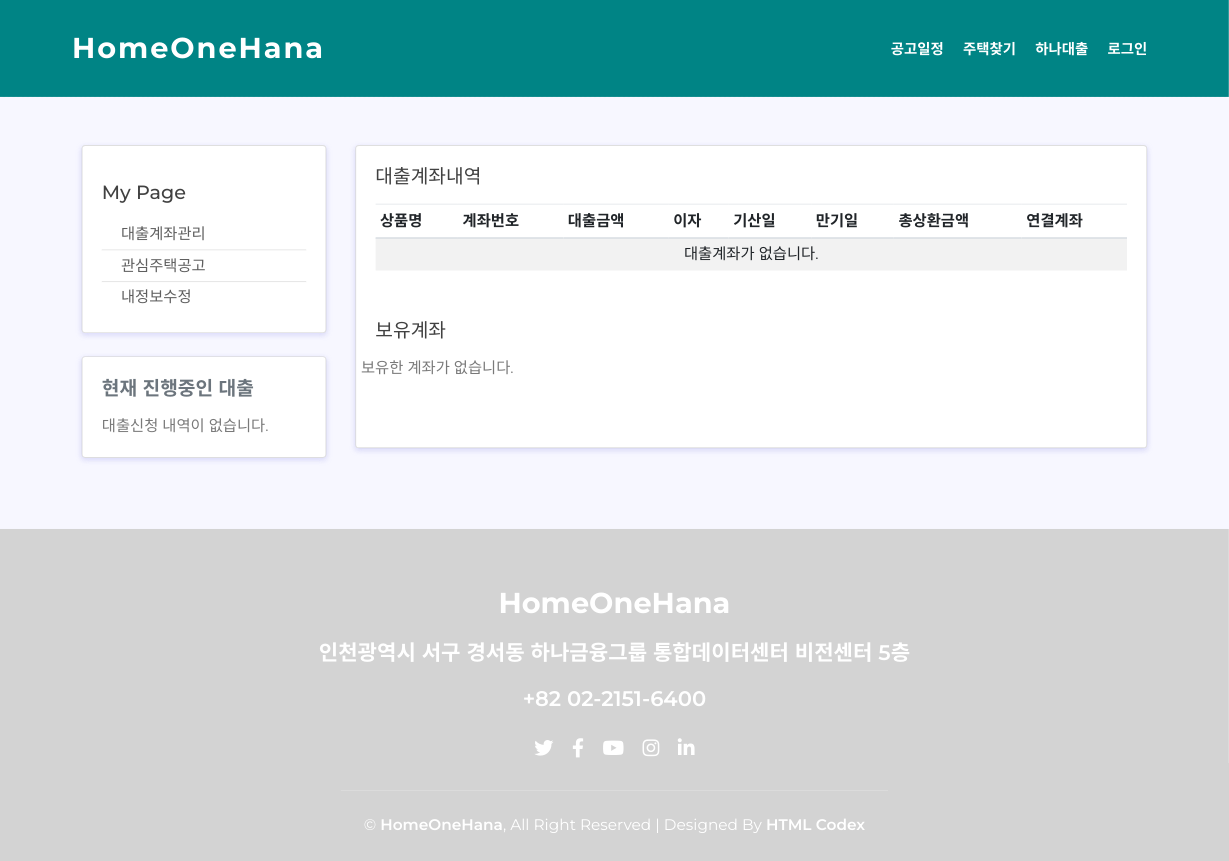
Repository: koposoftware/2021_10_syyoon
Page: http://localhost/HomeOneHana/WEB-INF/jsp/mypage/mypage.jsp
These files come from the project's save history. The page is drawn as it stood at one moment and after the next save; the edit follows.
The browser window is 1280 px wide. The pictures show the whole page, at 96% of full size.
Some icons come from a web library that is not loaded, so they are not drawn. Some web libraries are served in a nearby version. The page is served by Tomcat 9. Nobody is signed in. Other server files are loaded and not shown. The template is opened directly, without the code that normally fills it, so the values that code supplies are empty.

Above is the page before, as saved 2021-09-15 11:50:58.

### project/Spring-mvc/HomeOneHana/src/main/webapp/WEB-INF/jsp/mypage/mypage.jsp
<%@ page language="java" contentType="text/html; charset=UTF-8"
    pageEncoding="UTF-8"%>
<%@ taglib prefix="c" uri="http://java.sun.com/jsp/jstl/core" %>
<%@ taglib prefix="fmt" uri="http://java.sun.com/jsp/jstl/fmt" %>
<%@ taglib prefix="fn" uri="http://java.sun.com/jsp/jstl/functions" %>
<!DOCTYPE html>
<html>
<head>
<meta charset="UTF-8">
<title>HomeOneHana::마이페이지</title>
<link href="${ pageContext.request.contextPath }/resources/css/top/menubg.css" rel="stylesheet">
<link href="${ pageContext.request.contextPath }/resources/css/mypage/mypage.css" rel="stylesheet">
<script src="https://code.jquery.com/jquery-3.6.0.js"></script>
<script src="${ pageContext.request.contextPath }/resources/js/mypage/mypage.js"></script>

</head>
<body>
	<header>
		<div class="limiter">
			<div class="container-login100">
				<div class="wrap-login100">
					<jsp:include page="../include/topMenu.jsp" />
				</div>
			</div>
		</div>

	</header>
	<section>
		<div class="body">
		<div class="container">
			<div class="row">
			    <div class="col-12 col-lg-3">
					<div class="card">
						<div class="card-body">

							<h5 class="my-3">My Page</h5>
							<div class="fm-menu">
								<div class="list-group list-group-flush">
									<a id="Menu1" href="javascript:;" class="list-group-item py-1"><i class="bx bx-devices me-2"></i><span>대출계좌관리</span></a>
									<a id="Menu2" href="javascript:;" class="list-group-item py-1"><i class="bx bx-folder me-2"></i><span>관심주택공고</span></a>
									<a href="javascript:;" class="list-group-item py-1"><i class="bx bx-plug me-2"></i><span>내정보수정</span></a>

								</div>
							</div>
						</div>
					</div>
					<div class="card">
						<div class="card-body">
							<h5 class="mb-0 text-primary font-weight-bold"><span class="float-end text-secondary">현재 진행중인 대출</span></h5>

							<div class="mt-3"></div>
							<c:if test="${not empty contractList }">
								<c:forEach items="${contractList }" var="contract" varStatus="loop">

									<div class="d-flex align-items-center loanbox">
										<div


											<c:if test="${contract.status eq '심사중' }">class="fm-file-box bg-light-primary text-primary loan-reviewBox"</c:if>
											<c:if test="${contract.status eq '대출완료' }">class="fm-file-box bg-light-primary text-primary loan-finishBox"</c:if>
											<c:if test="${contract.status eq '대출승인' }"> class="fm-file-box bg-light-primary text-primary loan-acceptBox"</c:if>
											<c:if test="${contract.status eq '대출거절' }"> class="fm-file-box bg-light-primary text-primary loan-rejectBox"</c:if>
											>
											<p class="loanstatus">${ contract.status}</p>
										</div>
										<div class="flex-grow-1 ms-2">
											<h6 class="mb-0 loanname"><a
												<c:if test="${contract.status eq '대출승인' }">
													href="${ pageContext.request.contextPath }/loan/contract?contractcode=${contract.contractcode}"
												</c:if>
												<c:if test="${contract.status ne '대출승인' }">
													href="#"
												</c:if>


												>

												${ contract.loanname}</a></h6>
											<p class="mb-0 text-secondary loandate">${contract.stratdt }</p>
										</div>

									</div>

								</c:forEach>

							</c:if>

							<c:if test="${ empty contractList }">
							<div class="d-flex align-items-center mt-3">
								대출신청 내역이 없습니다.
							</div>
							</c:if>

						</div>
					</div>
				</div>


				<div class="col-12 col-lg-9">
					<div class="card" >


					<div class="card-body" id="menu1">
							<div class="d-flex align-items-center">
								<div>
									<h5 class="mb-0">대출계좌내역</h5>
								</div>

							</div>
							<div class="table-responsive mt-3" style="margin-bottom:50px;">
								<table class="table table-striped table-hover table-sm mb-0">
									<thead>
										<tr>
											<th>상품명</th>
											<th>계좌번호</th>
											<th>대출금액</th>
											<th>이자</th>
											<th>기산일</th>
											<th>만기일</th>
											<th>총상환금액</th>
											<th>연결계좌</th>
										</tr>
									</thead>
									<tbody>
									<c:if test="${not empty loanaccountList }">
										<c:forEach items="${loanaccountList }" var="loanacc" varStatus="loop">
										<tr>
											<td>${loanacc.loanname }</td>
											<td>${ fn:substring(loanacc.loanaccount,0,3) }-${ fn:substring(loanacc.loanaccount,3,9) }-${ fn:substring(loanacc.loanaccount,9,13) }</td>
											<td><fmt:formatNumber value="${loanacc.principal }" type="currency"/></td>
											<td>${loanacc.finalrate }%</td>
											<td>${loanacc.accountdt }</td>
											<td>${loanacc.duedate }</td>
											<td>${loanacc.repayamount }</td>
											<td>${ fn:substring(loanacc.account,0,3) }-${ fn:substring(loanacc.account,3,9) }-${ fn:substring(loanacc.account,9,13) }</td>
										</tr>
										</c:forEach>

									</c:if>
									<c:if test="${empty loanaccountList }">
										<tr>
											<td style="text-align:center;" colspan="8">대출계좌가 없습니다.</td>
										</tr>
									</c:if>
									</tbody>
								</table>
							</div>

							<div class="d-flex align-items-center">
								<div>
									<h5 class="mb-0">보유계좌</h5>
								</div>

							</div>
							<div class="row mt-3" style="margin-bottom:50px;">
								<c:if test="${ not empty accountList }">
									<c:forEach items="${ accountList }" var="acc" varStatus="loop">
											<div class="col-12 col-lg-4">
												<div class="card shadow-none border radius-15">
												<div class="card-body">
													<div class="d-flex align-items-center">
														<div ><span class="subti" >${acc.name}</span>
														</div>
														<div class="ms-auto"><i class="fas fa-money-check-alt"></i>
														</div>
													</div>
													<h5 class="mt-3 mb-0"><fmt:formatNumber value="${acc.balance }" type="currency"/></h5>
													<p class="mb-1 mt-4" style="font-size:12px;">
														<span class="float-end">${fn:substring(acc.account,0,3)}-${fn:substring(acc.account,3,9)}-${fn:substring(acc.account,9,13)}</span>
														<span>(${acc.alias})</span>
													</p>
													</div>
												</div>
											</div>
									</c:forEach>
								</c:if>
								<c:if test="${ empty accountList }">
									<div >
										보유한 계좌가 없습니다.
									</div>
								</c:if>
							</div>


						</div>


						<div class="card-body" id="menu2">

							<h5>관심주택</h5>
							<div class="row mt-3" style="margin-bottom:50px;">
								<c:if test="${not empty favoriteHome }">
									<c:forEach items="${ favoriteHome }" var="home" varStatus="loop">
										<div class="col-12 col-lg-4">
											<div class="card shadow-none border radius-15">
											<div class="card-body">
												<div class="d-flex align-items-center">
													<div ><span class="subti"><i class="fas fa-home"></i> ${home.enrolldt}</span>
													</div>
													<div class="ms-auto font-20"><i class="fas fa-star" style="color:#ffd400;"></i>
													</div>
												</div>
												<h5 class="mt-3 mb-0">

													<a

														<c:if test="${contract.status eq '대출승인' }">href="${pageContext.request.contextPath }/search/Detail/${ home.rnadres }"</c:if>
														<c:if test="${contract.status ne '대출승인' }">href="#"</c:if>

														>${home.rnadres}</a>

												</h5>
												<p class="mb-1 mt-4" style="font-size:12px;"><span>${home.insttnm}</span>-<span class="float-end">${home.suplytynm}</span>
												</p>
												</div>
											</div>
										</div>

									</c:forEach>
								</c:if>


								<c:if test="${ empty favoriteHome }">
									<div>
										즐겨찾기한 주택이 없습니다.
									</div>
								</c:if>
							</div>

							<!--end row-->
							<div class="d-flex align-items-center">
								<div>
									<h5 class="mb-0">관심공고</h5>
								</div>

							</div>
							<div class="table-responsive mt-3" style="margin-bottom:50px;">
								<table class="table table-striped table-hover table-sm mb-0">
									<thead>
										<tr>
											<th>공고명 <i class="bx bx-up-arrow-alt ms-2"></i>
											</th>
											<th>마감일</th>
											<th>즐겨찾기등록일</th>
											<th></th>
										</tr>
									</thead>
									<tbody>
									<c:if test="${not empty favoriteNotice }">
										<c:forEach items="${favoriteNotice }" var="noti" varStatus="loop">
										<tr>
											<td>
												<div class="d-flex align-items-center">
													<div><i class="bx bxs-file-pdf me-2 font-24 text-danger"></i>
													</div>
													<div class="font-weight-bold">
														${noti.noticetitle }
													</div>
												</div>
											</td>
											<td>${noti.noticeend }</td>
											<td>${noti.enrolldt }</td>
											<td><i class="fas fa-heart font-22" style="color:#e90061"></i>
											</td>
										</tr>
										</c:forEach>

									</c:if>
									<c:if test="${empty favoriteNotice }">
										<tr>
											<td colspan="4">관심공고가 없습니다.</td>
										</tr>
									</c:if>
									</tbody>
								</table>
							</div>
						</div>
						</div>

					</div>
				</div>

			</div>
			</div>
			</div>
	</section>
	<script>
		$('#menu1').show()
		$('#menu2').hide()
	</script>
	<footer>
		<jsp:include page="../include/bottomMenu.jsp" />
	</footer>
</body>
</html>

### project/Spring-mvc/HomeOneHana/src/main/webapp/WEB-INF/jsp/include/topMenu.jsp
<%@ page language="java" contentType="text/html; charset=UTF-8"
    pageEncoding="UTF-8"%>
<%@ taglib prefix="c" uri="http://java.sun.com/jsp/jstl/core" %>

        <meta content="width=device-width, initial-scale=1.0" name="viewport">
        <meta content="Free Website Template" name="keywords">
        <meta content="Free Website Template" name="description">


		<!-- font-awesome icon  -->
		<link href="//maxcdn.bootstrapcdn.com/font-awesome/4.1.0/css/font-awesome.min.css" rel="stylesheet" />

        <!-- Favicon -->
        <!-- <link href="/Practice-Web/Front/img/favicon.ico" rel="icon"> -->

        <!-- Google Font -->
        <link href="https://fonts.googleapis.com/css2?family=Montserrat:wght@300;400;500;600;700&display=swap" rel="stylesheet">
		<link href="https://fonts.googleapis.com/css2?family=Noto+Sans+KR:wght@100&display=swap" rel="stylesheet">

        <!-- CSS Libraries -->
        <link href="https://stackpath.bootstrapcdn.com/bootstrap/4.4.1/css/bootstrap.min.css" rel="stylesheet">
        <link href="https://cdnjs.cloudflare.com/ajax/libs/font-awesome/5.10.0/css/all.min.css" rel="stylesheet">

        <link href="${ pageContext.request.contextPath }/resources/lib/animate/animate.min.css" rel="stylesheet">
        <link href="${ pageContext.request.contextPath }/resources/lib/owlcarousel/assets/owl.carousel.min.css" rel="stylesheet">
        <link href="${ pageContext.request.contextPath }/resources/lib/lightbox/css/lightbox.min.css" rel="stylesheet">



        <!-- Template Stylesheet -->
        <link href="${ pageContext.request.contextPath }/resources/css/style.css" rel="stylesheet">

<!-- Nav Bar Start -->
<div class="navbar navbar-expand-lg bg-light navbar-light">
    <div class="container-fluid">
        <a href="${ pageContext.request.contextPath }/" class="navbar-brand">HomeOneHana</a>
        <button type="button" class="navbar-toggler" data-toggle="collapse" data-target="#navbarCollapse">
            <span class="navbar-toggler-icon"></span>
        </button>

        <div class="collapse navbar-collapse justify-content-between" id="navbarCollapse">
            <div class="navbar-nav ml-auto">
                <a href="${ pageContext.request.contextPath }/schedule" class="nav-item nav-link">공고일정</a>
                <a href="${ pageContext.request.contextPath }/search" class="nav-item nav-link">주택찾기</a>
                <a href="${ pageContext.request.contextPath }/loan" class="nav-item nav-link">하나대출</a>
            	<c:if test="${ empty sessionScope.loginVO  }">
                <!-- <a href="Front/index2.jsp" class="nav-item nav-link active">Home</a> -->
                <%-- <a href="${ pageContext.request.contextPath }/loan/review" class="nav-item nav-link">대출상담</a> --%>
                <a href="${ pageContext.request.contextPath }/login" class="nav-item nav-link">로그인</a>
				</c:if>

                <%--로그인사용자만 접근가능 --%>
                <c:if test="${ not empty sessionScope.loginVO  }">
	               	<a href="${ pageContext.request.contextPath }/logout" class="nav-item nav-link">로그아웃</a>
	                <a href="${ pageContext.request.contextPath }/mypage" class="nav-item nav-link"><i class="fas fa-user-circle fa-3x"></i></a>
                </c:if>

            </div>
        </div>
    </div>
</div>

### project/Spring-mvc/HomeOneHana/src/main/webapp/WEB-INF/jsp/include/bottomMenu.jsp
<%@ page language="java" contentType="text/html; charset=UTF-8"
    pageEncoding="UTF-8"%>
		<!-- Footer Start -->
        <div class="footer wow fadeIn" data-wow-delay="0.3s">
            <div class="container-fluid">
                <div class="container">
                    <div class="footer-info">
                        <h2>HomeOneHana</h2>
                        <h3>인천광역시 서구 경서동 하나금융그룹 통합데이터센터 비전센터 5층</h3>
                        <div class="footer-menu">
                            <p>+82 02-2151-6400</p>
                        </div>
                        <div class="footer-social">
                            <a href=""><i class="fab fa-twitter"></i></a>
                            <a href=""><i class="fab fa-facebook-f"></i></a>
                            <a href=""><i class="fab fa-youtube"></i></a>
                            <a href=""><i class="fab fa-instagram"></i></a>
                            <a href=""><i class="fab fa-linkedin-in"></i></a>
                        </div>
                    </div>
                </div>
                <div class="container copyright">
                    <p>&copy; <a href="#">HomeOneHana</a>, All Right Reserved | Designed By <a href="https://htmlcodex.com">HTML Codex</a></p>
                </div>
            </div>
        </div>
        <!-- Footer End -->


        <!-- Back to top button -->
        <a href="#" class="btn back-to-top"><i class="fa fa-chevron-up"></i></a>


        <!-- Pre Loader -->
        <div id="loader" class="show">
            <div class="loader"></div>
        </div>


		<!-- JavaScript Libraries -->
        <script src="https://code.jquery.com/jquery-3.4.1.min.js"></script>
        <script src="https://stackpath.bootstrapcdn.com/bootstrap/4.4.1/js/bootstrap.bundle.min.js"></script>
        <script src="${ pageContext.request.contextPath }/resources/lib/easing/easing.min.js"></script>
        <script src="${ pageContext.request.contextPath }/resources/lib/wow/wow.min.js"></script>
        <script src="${ pageContext.request.contextPath }/resources/lib/waypoints/waypoints.min.js"></script>
        <script src="${ pageContext.request.contextPath }/resources/lib/typed/typed.min.js"></script>
        <script src="${ pageContext.request.contextPath }/resources/lib/owlcarousel/owl.carousel.min.js"></script>
        <script src="${ pageContext.request.contextPath }/resources/lib/isotope/isotope.pkgd.min.js"></script>
        <script src="${ pageContext.request.contextPath }/resources/lib/lightbox/js/lightbox.min.js"></script>

        <!-- Contact Javascript File -->
        <script src="${ pageContext.request.contextPath }/resources/mail/jqBootstrapValidation.min.js"></script>
        <script src="${ pageContext.request.contextPath }/resources/mail/contact.js"></script>

        <!-- Template Javascript -->
        <script src="${ pageContext.request.contextPath }/resources/js/main.js"></script>

### project/Spring-mvc/HomeOneHana/src/main/webapp/resources/css/top/menubg.css
@charset "UTF-8";


header{
	height:101px;
	background-color:#008485;
}
@media(max-width:992px){
	header{
		height:70px;
	}
}

### project/Spring-mvc/HomeOneHana/src/main/webapp/resources/css/mypage/mypage.css
@charset "UTF-8";



.body{
padding-top:50px;
padding-bottom:50px;
background-color: #f7f7ff;
}
.card {
    position: relative;
    display: flex;
    flex-direction: column;
    min-width: 0;
    word-wrap: break-word;
    background-color: #fff;
    background-clip: border-box;
    border: 0px solid rgba(0, 0, 0, 0);
    border-radius: .25rem;
    margin-bottom: 1.5rem;
    box-shadow: 0 2px 6px 0 rgb(218 218 253 / 65%), 0 2px 6px 0 rgb(206 206 238 / 54%);
}
.fm-file-box {
    font-size: 25px;
    background: #e9ecef;
    width: 44px;
    height: 44px;
    display: flex;
    align-items: center;
    justify-content: center;
    border-radius: .25rem;
}
.ms-2 {
    margin-left: .5rem!important;
}

.fm-menu .list-group a {
    font-size: 16px;
    color: #5f5f5f;
    display: flex;
    align-items: center;
}
.list-group-flush>.list-group-item {
    border-width: 0 0 1px;
}
.list-group-item+.list-group-item {
    border-top-width: 0;
}
.py-1 {
    padding-top: .25rem!important;
    padding-bottom: .25rem!important;
}
.list-group-item {
    position: relative;
    display: block;
    padding: .5rem 1rem;
    text-decoration: none;
    background-color: #fff;
    border: 1px solid rgba(0, 0, 0, .125);
}

.radius-15 {
    border-radius: 15px;
}
.fm-icon-box {
    font-size: 32px;
    background: #ffffff;
    width: 52px;
    height: 52px;
    display: flex;
    align-items: center;
    justify-content: center;
    border-radius: .25rem;
}
.font-24 {
    font-size: 24px;
}
.ms-auto {
    margin-left: auto!important;
}
.font-30 {
    font-size: 30px;
}
.user-groups img {
    margin-left: -14px;
    border: 1px solid #e4e4e4;
    padding: 2px;
    cursor: pointer;
}

.rounded-circle {
    border-radius: 50%!important;
}

Loaded but not shown: project/Spring-mvc/HomeOneHana/src/main/webapp/resources/js/mypage/mypage.js (common file); project/Spring-mvc/HomeOneHana/src/main/webapp/resources/lib/animate/animate.min.css (library); project/Spring-mvc/HomeOneHana/src/main/webapp/resources/lib/owlcarousel/assets/owl.carousel.min.css (common file); project/Spring-mvc/HomeOneHana/src/main/webapp/resources/lib/lightbox/css/lightbox.min.css (common file); project/Spring-mvc/HomeOneHana/src/main/webapp/resources/lib/easing/easing.min.js (common file); project/Spring-mvc/HomeOneHana/src/main/webapp/resources/lib/wow/wow.min.js (library); project/Spring-mvc/HomeOneHana/src/main/webapp/resources/lib/waypoints/waypoints.min.js (library); project/Spring-mvc/HomeOneHana/src/main/webapp/resources/lib/typed/typed.min.js (library); project/Spring-mvc/HomeOneHana/src/main/webapp/resources/lib/owlcarousel/owl.carousel.min.js (library); project/Spring-mvc/HomeOneHana/src/main/webapp/resources/lib/isotope/isotope.pkgd.min.js (library); project/Spring-mvc/HomeOneHana/src/main/webapp/resources/lib/lightbox/js/lightbox.min.js (library); project/Spring-mvc/HomeOneHana/src/main/webapp/resources/mail/jqBootstrapValidation.min.js (library); project/Spring-mvc/HomeOneHana/src/main/webapp/resources/js/main.js (108 lines, source omitted); project/Spring-mvc/HomeOneHana/src/main/webapp/resources/mail/contact.js (65 lines, source omitted); project/Spring-mvc/HomeOneHana/src/main/webapp/resources/css/style.css (1648 lines, source omitted)

After the next save:
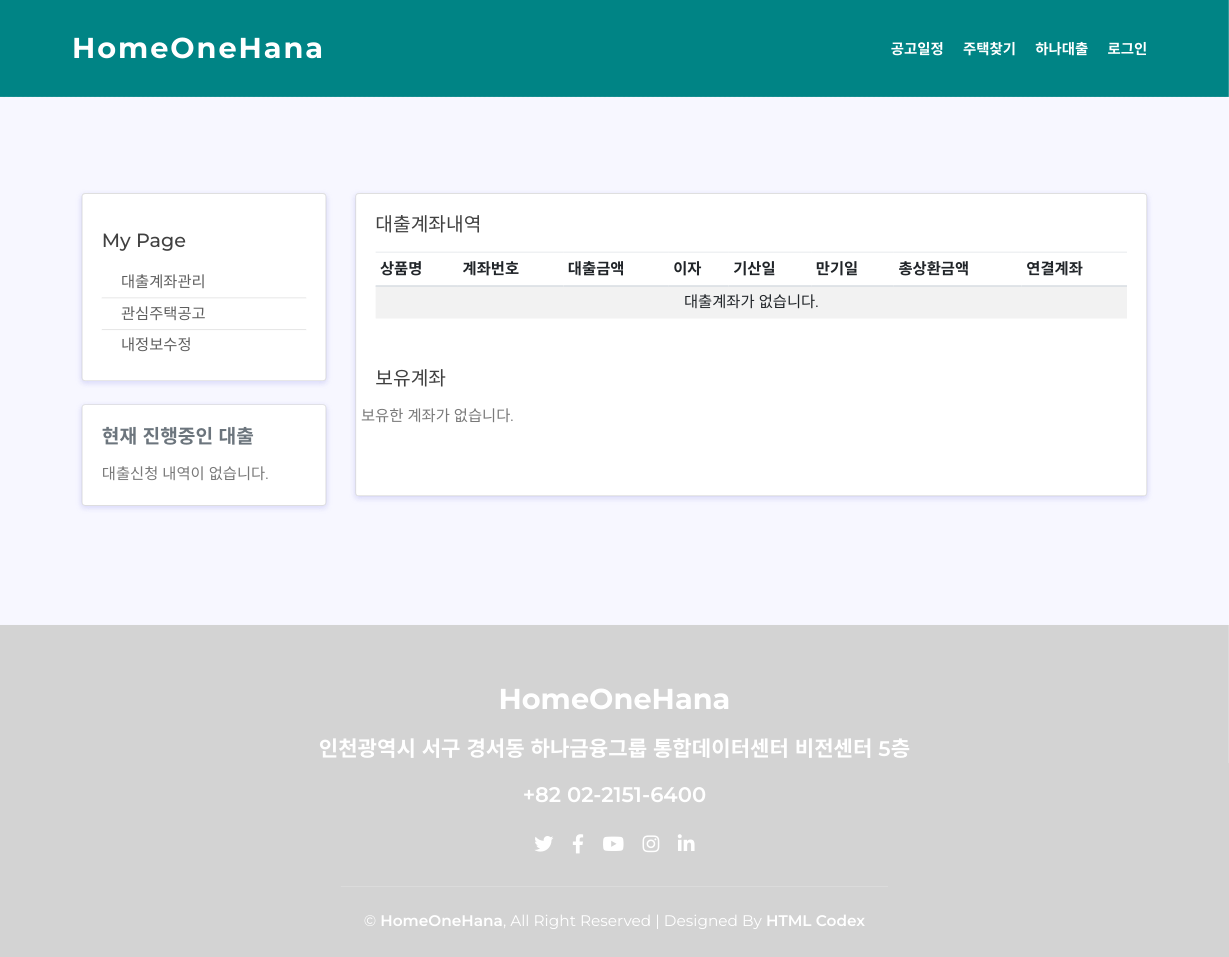
Saved 10 s later.
--- a/project/Spring-mvc/HomeOneHana/src/main/webapp/resources/css/mypage/mypage.css
+++ b/project/Spring-mvc/HomeOneHana/src/main/webapp/resources/css/mypage/mypage.css
@@ -3,8 +3,8 @@
 
 
 .body{
-padding-top:50px;
-padding-bottom:50px;
+padding-top:100px;
+padding-bottom:100px;
 background-color: #f7f7ff;
 }
 .card {
